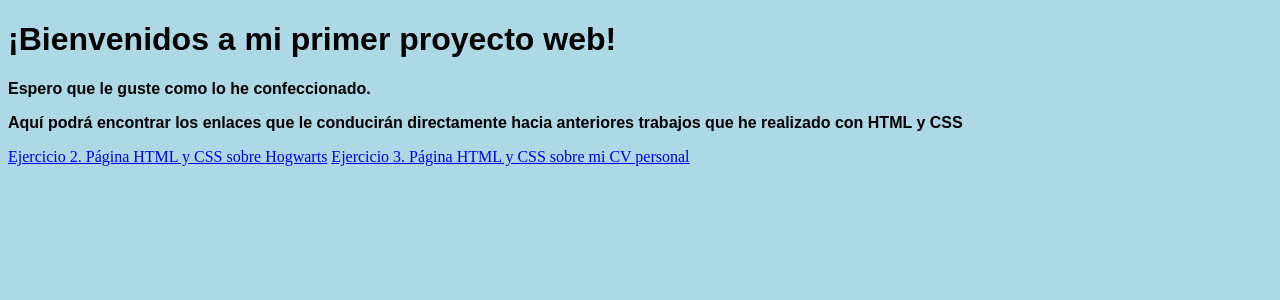
Repository: Pablosky971/Ejercicio-4.-Proyecto-Web
Page: http://localhost/Ejercicio4/
An editor plug-in stored every save of this project. The page is shown before and after the next save, followed by the edit.
The browser window is 1280 px wide. The pictures show the whole page.
The pointer rests on the first visible `a`.
The page is served by Tomcat 9.

Above is the page before, as saved 2022-03-09 12:39:48.

After the next save:
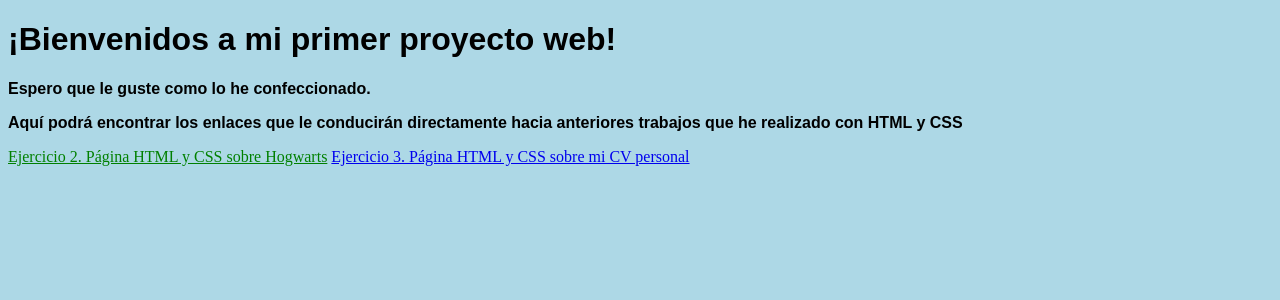
Saved 4 s later.
--- a/Ejercicio4/src/main/webapp/css/index.css
+++ b/Ejercicio4/src/main/webapp/css/index.css
@@ -19,6 +19,6 @@ h3.navegacion {
 }
 
 a:hover {
-	color:
+	color: green;
 
 }
